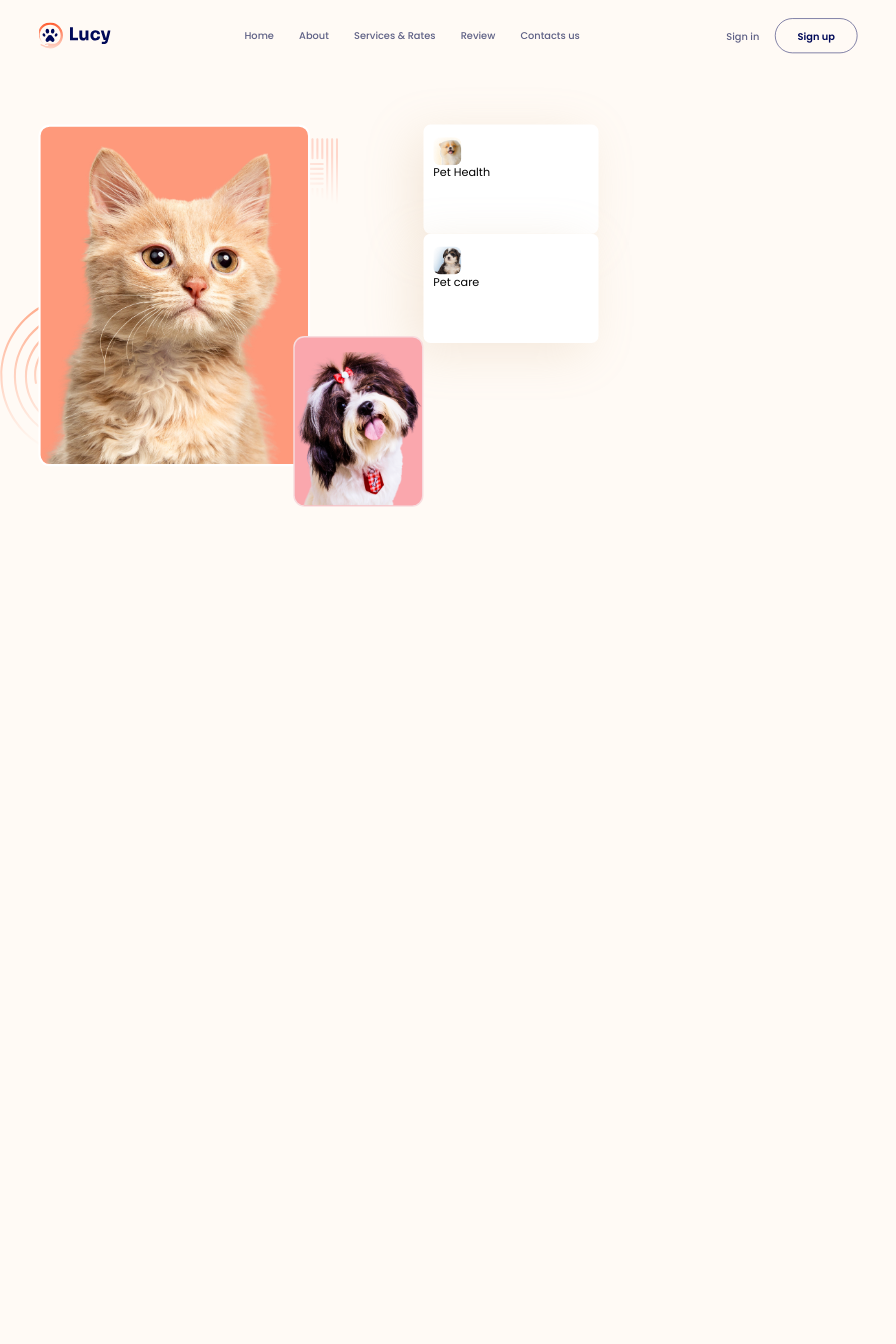
Repository: anhtien111198/f8-htmlcss-04
Page: index.html
The author's editor kept a copy of each file at every save. The page is drawn from the files as they stood at one save, then again after the next save.
The browser window is 1280 px wide. The pictures show the part of the page from y = 0 to 1920 px (the page is 5000 px tall), at 70% of full size.

Above is the page before, as saved 2023-05-17 11:26:40.

After the next save:
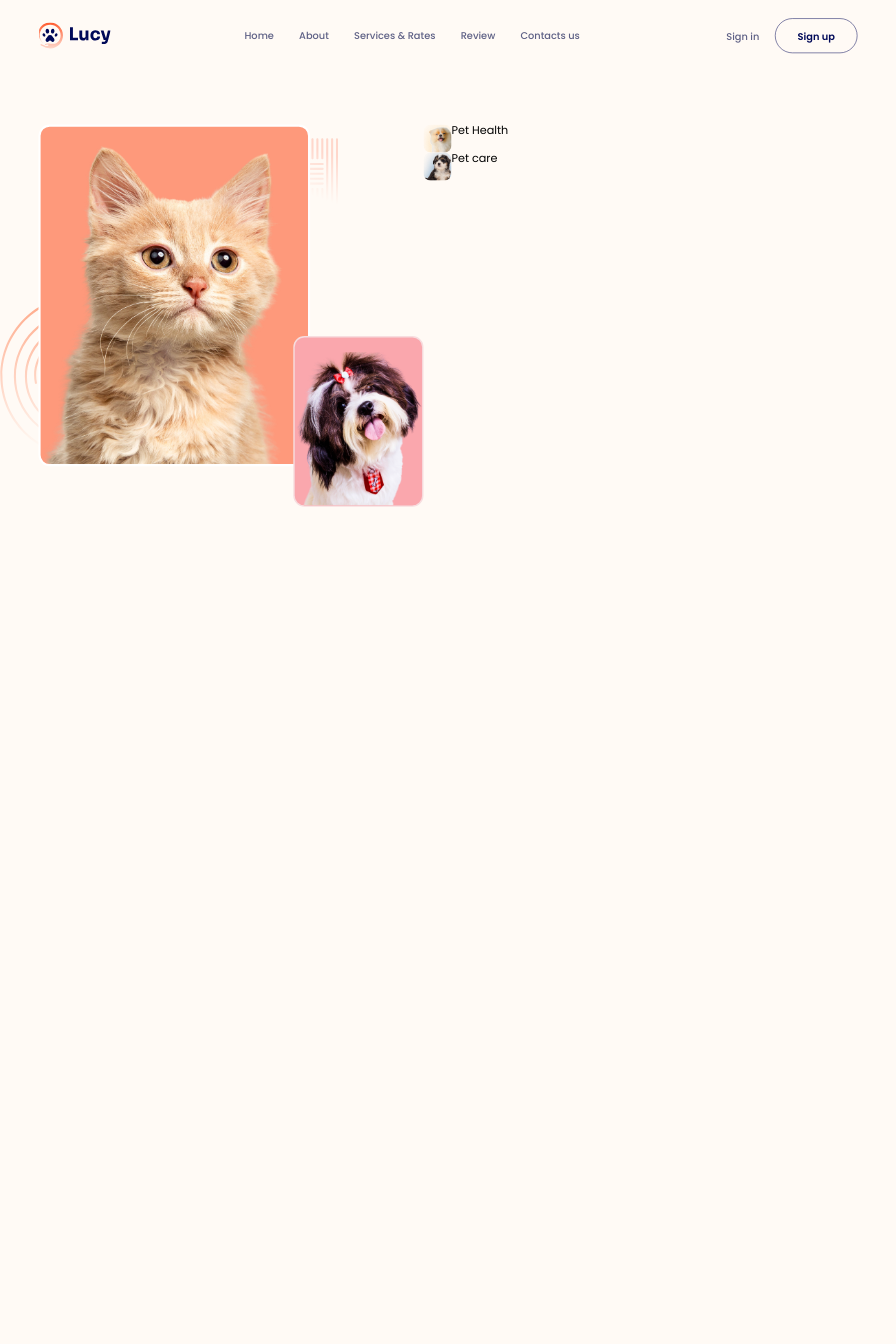
Saved 76 s later.
--- a/assets/css/style.css
+++ b/assets/css/style.css
@@ -128,7 +128,7 @@ select {
     border: 2px solid #f7dddf;
     background: #faa7ad;
 }
-.hero-list-item {
+.hero-list {
     width: 250px;
     height: 156px;
     padding: 18px 14px;
@@ -136,6 +136,9 @@ select {
     box-shadow: -17px 14px 68px -4px rgba(207, 174, 132, 0.25);
     border-radius: 10px;
 }
+.hero-list-item {
+    display: flex;
+}
 .hero-list-item__thumb {
     width: 40px;
     height: 40px;
